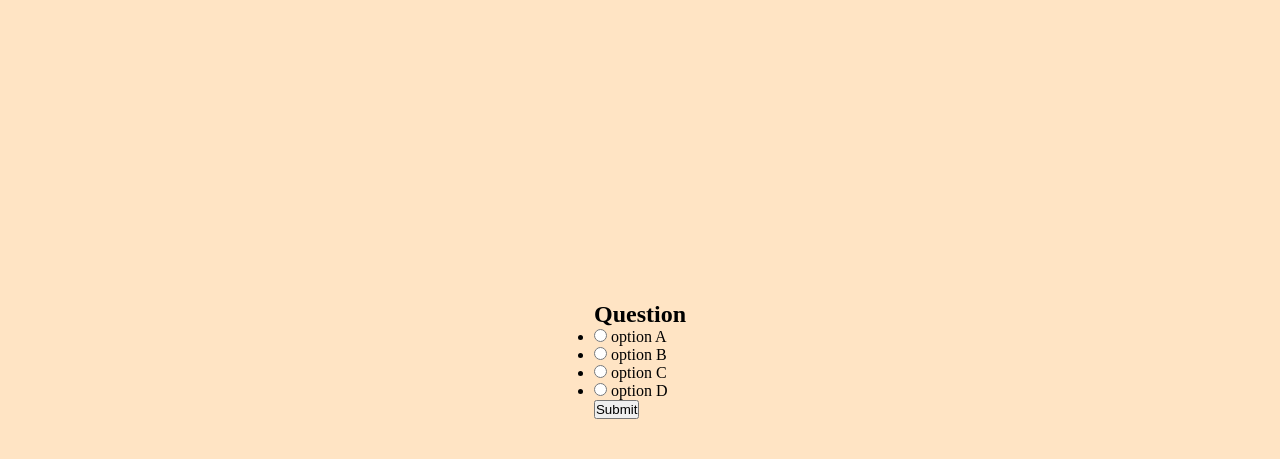
Repository: JunaidAnsari202/Quiz-App
Page: index.html
An editor plug-in stored every save of this project. The page is shown before and after a run of saves, followed by the edit.
The browser window is 1280 px wide. The pictures show the whole page.

Above is the page before, as saved 2024-10-13 19:44:15.

After the next 8 saves:
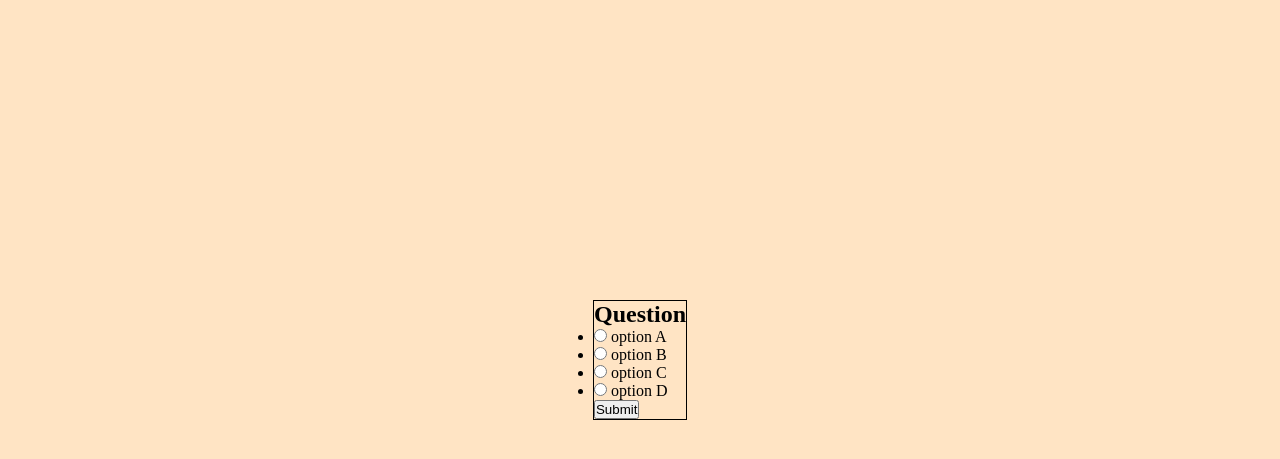
The 8 saves are shown as one change because they came seconds apart.
The last was saved 15 s later.
--- a/style.css
+++ b/style.css
@@ -13,5 +13,5 @@
 }
 
 .quiz-container{
-
+    border: 1px solid black;
 }

After the 4 saves that followed:
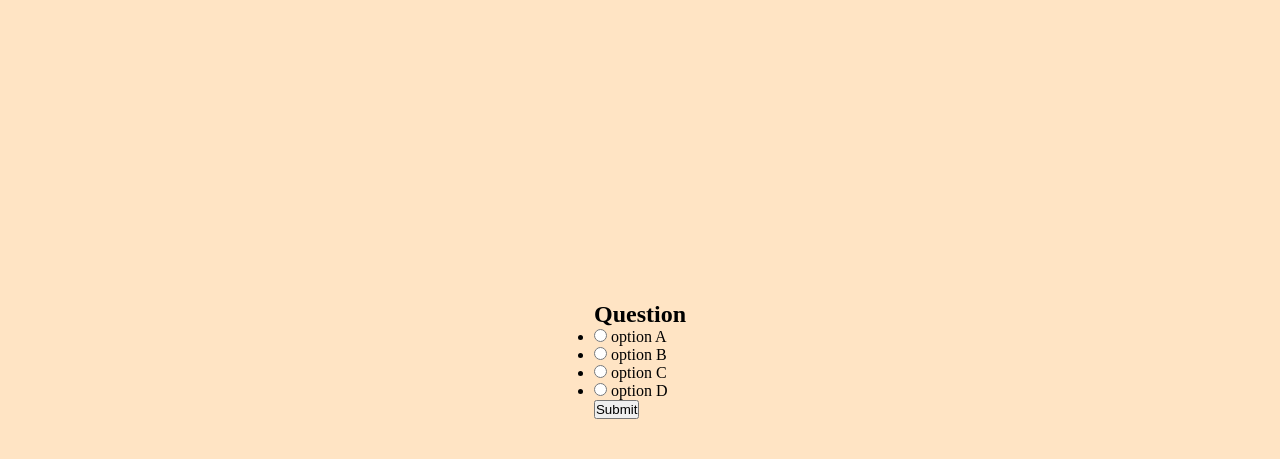
The 4 saves are shown as one change because 1 left the picture as it was and some came seconds apart.
The last was saved 12 s later.
--- a/style.css
+++ b/style.css
@@ -14,4 +14,5 @@
 
 .quiz-container{
     border: 1px solid black;
+    border: 10px;
 }
